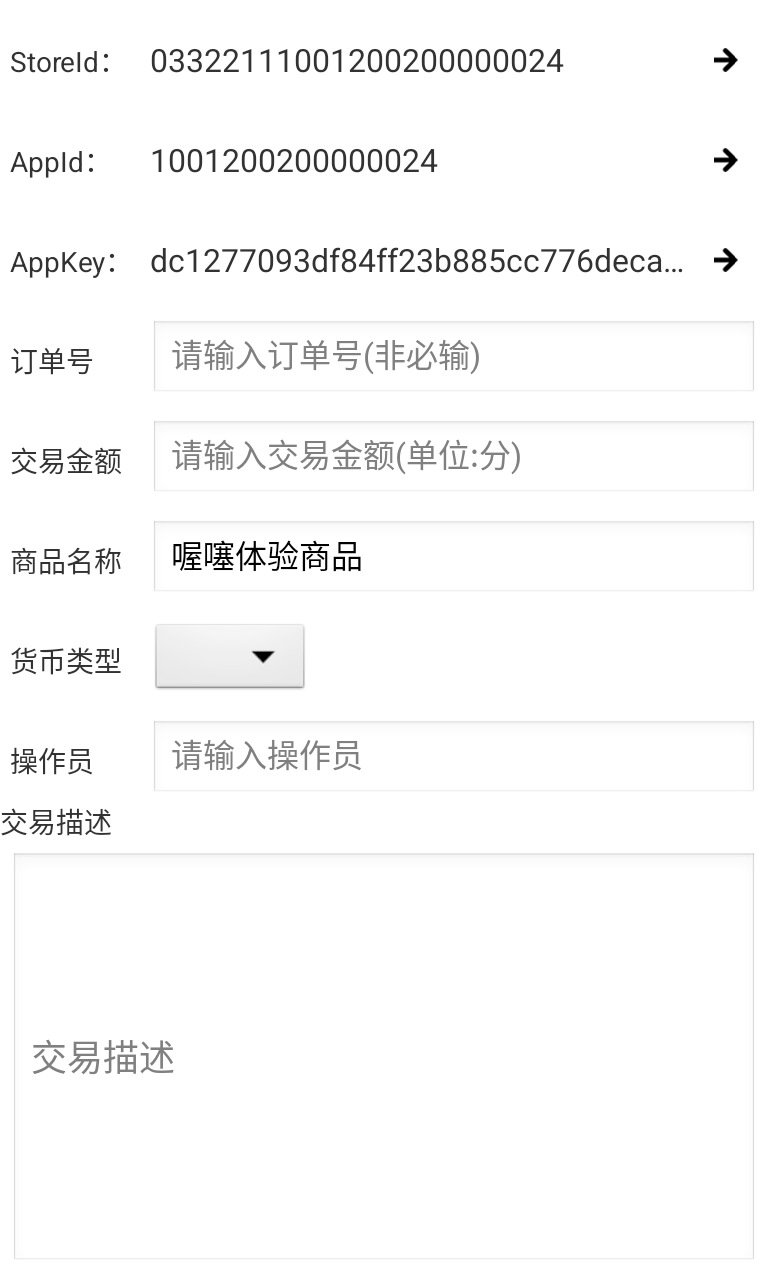
Repository: blanks1314/sysnc_android
Layout: UpayDemo/res/layout/fragment_setting.xml
The author's editor kept a copy of each file at every save. The layout is drawn from the files as they stood at one save, then again after the next save.
It is drawn on a 768 x 1280 px phone screen (xhdpi) without system bars, with theme AppTheme; the app's code is not run.

Above is the layout before, as saved 2015-04-28 05:54:33.

After the next save:
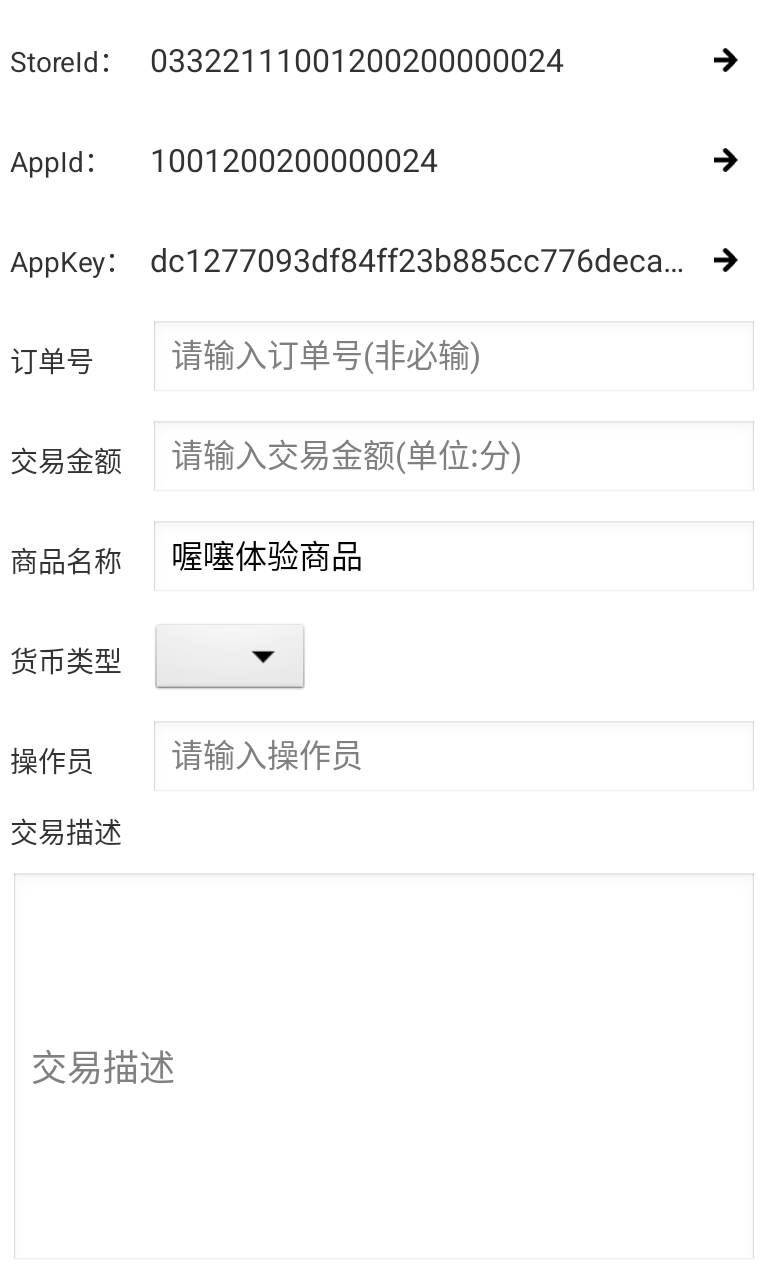
Saved 23 s later.
--- a/UpayDemo/res/layout/fragment_setting.xml
+++ b/UpayDemo/res/layout/fragment_setting.xml
@@ -130,6 +130,7 @@
         <TextView
             android:layout_width="70dp"
             android:layout_height="wrap_content"
+            android:layout_margin="5dp"
             android:text="交易描述" />
 
         <EditText
